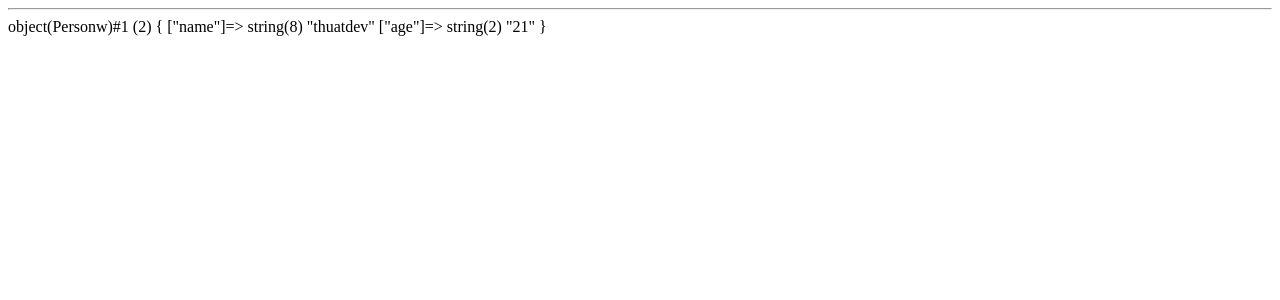
Repository: ThuatDev/php-push
Page: http://localhost/thuat_lear_class.php
The author's editor kept a copy of each file at every save. The page is drawn from the files as they stood at one save, then again after the next save.
The browser window is 1280 px wide. The pictures show the whole page.
The page is run by PHP 8.4 with error messages shown; the project is at /var/www/html/.

Above is the page before, as saved 2023-09-30 07:04:29.

After the next save:
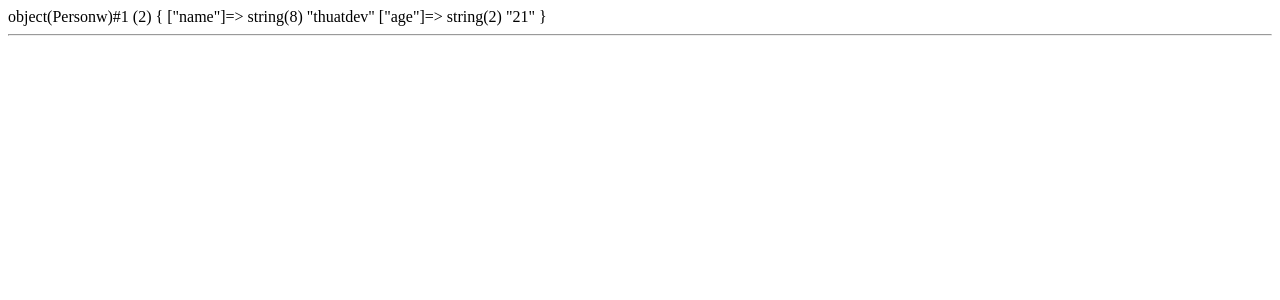
Saved 7 s later.
--- a/thuat_lear_class.php
+++ b/thuat_lear_class.php
@@ -1,5 +1,5 @@
 <?php
 require_once 'classes/leanr_person.php';
 $personMale = new Personw();
+var_dump($personMale);
 echo '<hr/>';
-var_dump($personMale);
